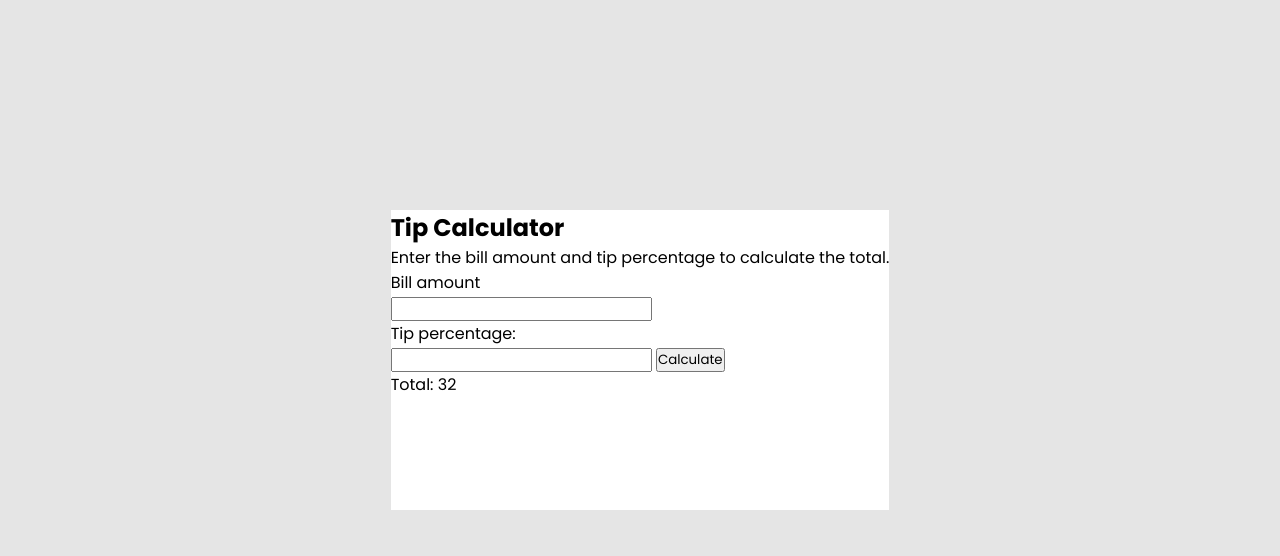
Repository: Ankitkr2021/Tip-Calculator
Page: index.html
An editor plug-in stored every save of this project. The page is shown before and after the next save, followed by the edit.
The browser window is 1280 px wide. The pictures show the whole page.

Above is the page before, as saved 2025-10-27 10:50:30.

After the next save:
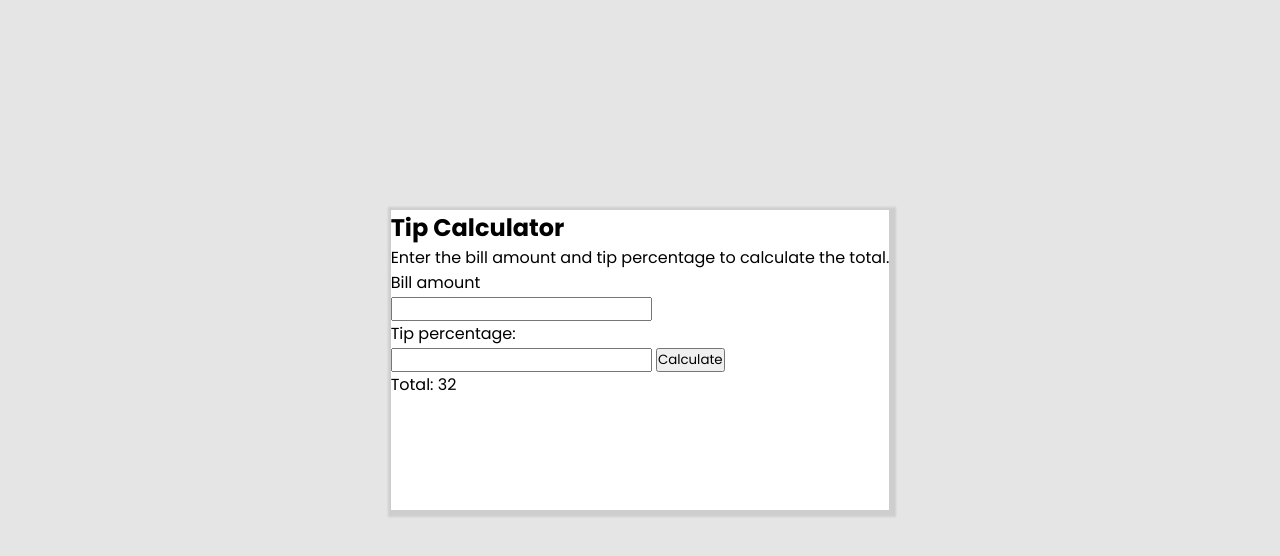
Saved 7 s later.
--- a/style.css
+++ b/style.css
@@ -19,5 +19,5 @@ body {
 .box {
     background: #fff;
     height: 300px;
-    box-shadow: 2px solid rgba(0,0,0,0.1);
+    box-shadow: 2px 2px 2px 5px rgba(0,0,0,0.1);
 }
